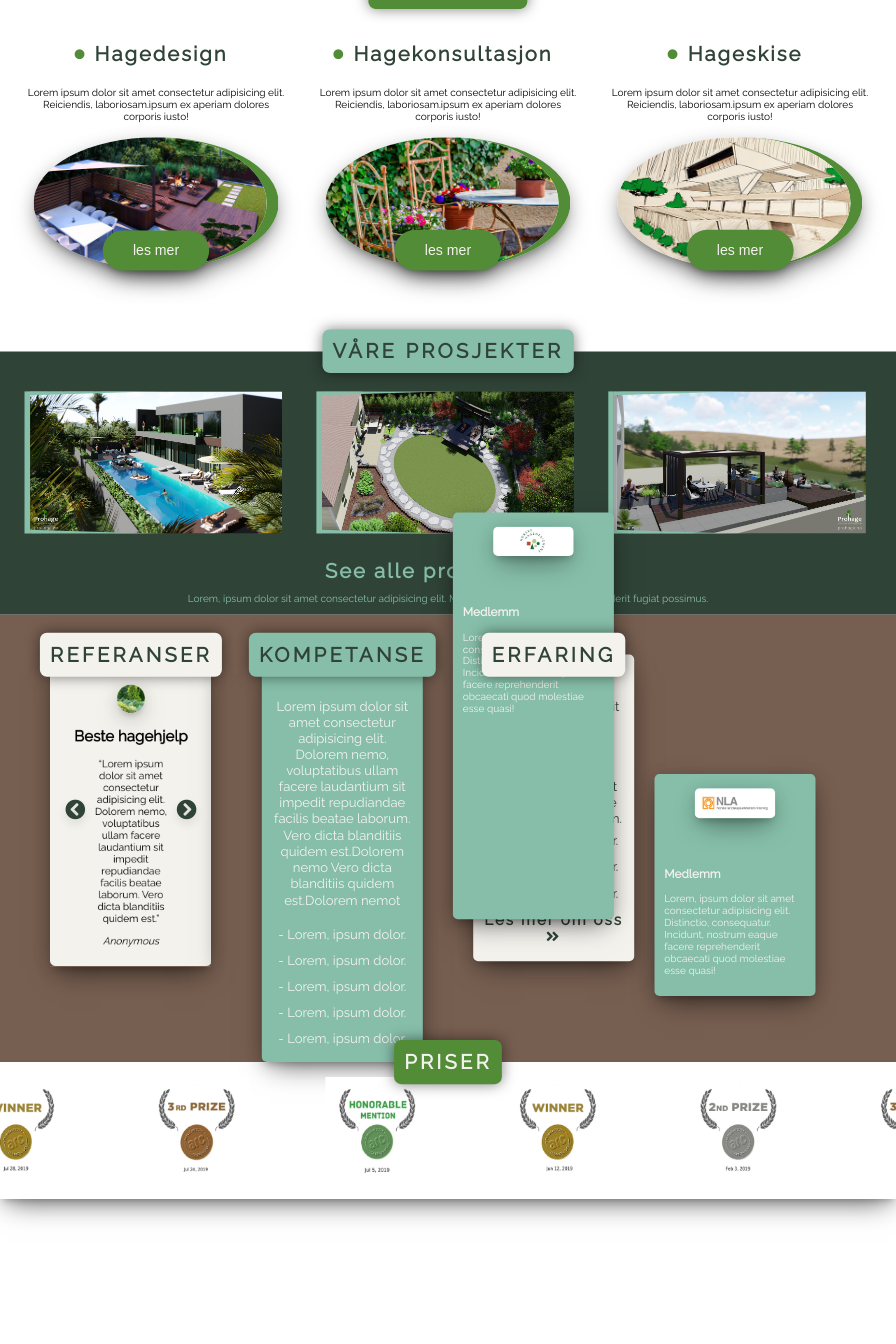
Repository: marinazzz/garden-design-website
Page: index.html
The author's editor kept a copy of each file at every save. The page is drawn from the files as they stood at one save, then again after the next save.
The browser window is 1280 px wide. The pictures show the part of the page from y = 1023 to 2943 px (the page is 3084 px tall), at 70% of full size.

Above is the page before, as saved 2020-04-09 21:29:41.

After the next save:
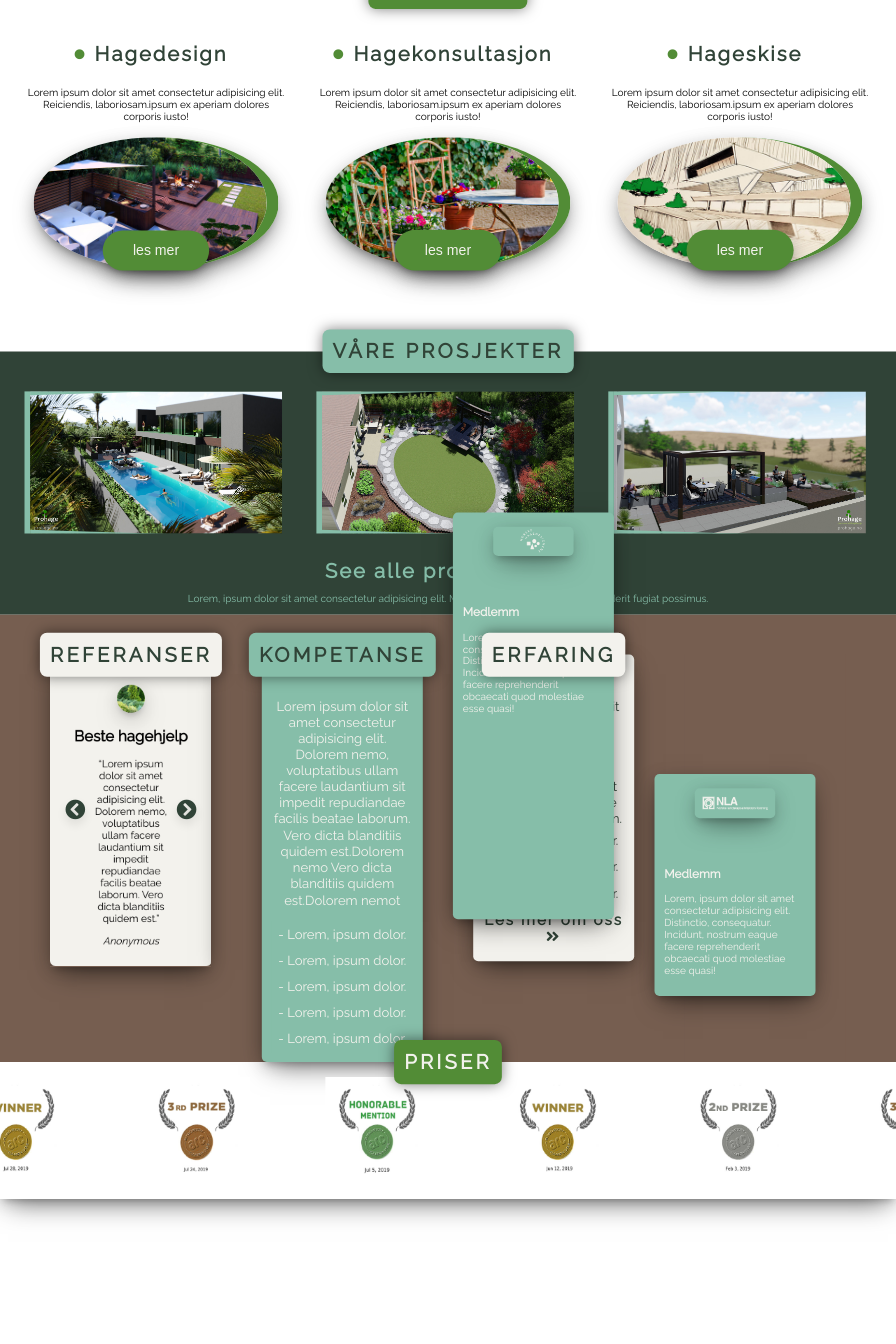
Saved 14 h 8 min later.
--- a/index.html
+++ b/index.html
@@ -331,7 +331,7 @@
                   <div class="section__member__wrapp">
                     <div class="member__photo">
                       <img class="member__photo__el"
-                           src="images/NLA-medlem.jpg" alt="" />
+                           src="images/NLA-medlem-png.png" alt="" />
                     </div>
                     <div class="member__items">
                       <h3>Medlemm</h3>
@@ -341,7 +341,7 @@
                   <div class="section__member__wrapp">
                     <div class="member__photo">
                       <img class="member__photo__el"
-                           src="images/Norske-hagedesignere-medlem.jpg" alt="" />
+                           src="images/Norske-hagedesignere-medlem-png.png" alt="" />
                     </div>
                     <div class="member__items">
                       <h3>Medlemm</h3>
